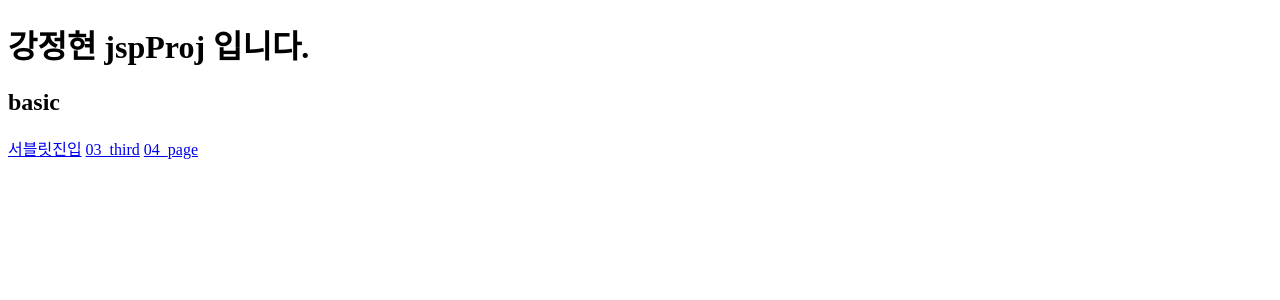
Repository: Jamikidu/newJsp
Page: http://localhost/jspProj/
The author's editor kept a copy of each file at every save. The page is drawn from the files as they stood at one save, then again after the next save.
The browser window is 1280 px wide. The pictures show the whole page.
The page is served by Tomcat 9. Nobody is signed in. The application's start-up code is not run.

Above is the page before, as saved 2023-07-25 08:45:09.

After the next save:
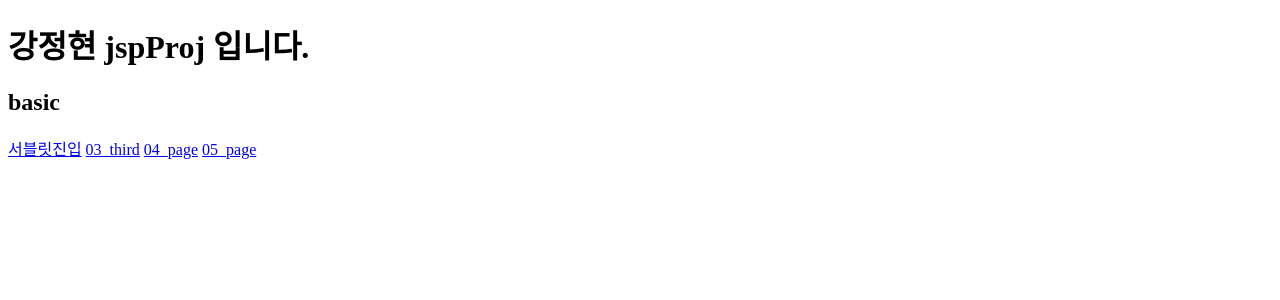
Saved 9 s later.
--- a/jspProj/src/main/webapp/index.jsp
+++ b/jspProj/src/main/webapp/index.jsp
@@ -12,5 +12,6 @@
 <a href="basic/First">서블릿진입</a>
 <a href="basic/03_third.jsp">03_third</a>
 <a href="basic/04_page.jsp">04_page</a>
+<a href="basic/05_page.jsp">05_page</a>
 </body>
 </html>
